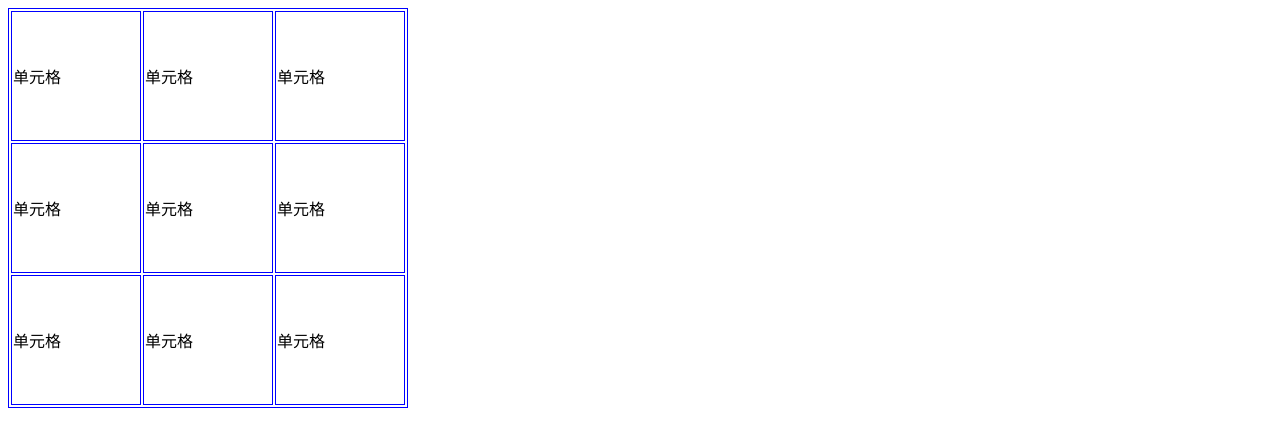
Repository: yuanliumaker/html-css-js
Page: css/表格属性.html
These files come from the project's save history. The page is drawn as it stood at one moment and after the next save; the edit follows.
The browser window is 1280 px wide. The pictures show the whole page.

Above is the page before, as saved 2025-08-31 15:32:57.

### css/表格属性.html
<!DOCTYPE html>
<html lang="en">
<head>
    <meta charset="UTF-8">
    <meta name="viewport" content="width=device-width, initial-scale=1.0">
    <title>Document</title>
    <style>
        table{
            /* 设置表格的宽度 高度 边框的粗细以及颜色 */
            width:400px;
            height:400px;
            border:1px solid blue;
        }
        td{
            border:1px solid blue
        }
    </style>
</head>
<body>
    <table>
        <tr>
            <td>单元格</td>
            <td>单元格</td>
            <td>单元格</td>
        </tr>
        <tr>
            <td>单元格</td>
            <td>单元格</td>
            <td>单元格</td>
        </tr>
        <tr>
            <td>单元格</td>
            <td>单元格</td>
            <td>单元格</td>
        </tr>
    </table>
</body>
</html>

After the next save:
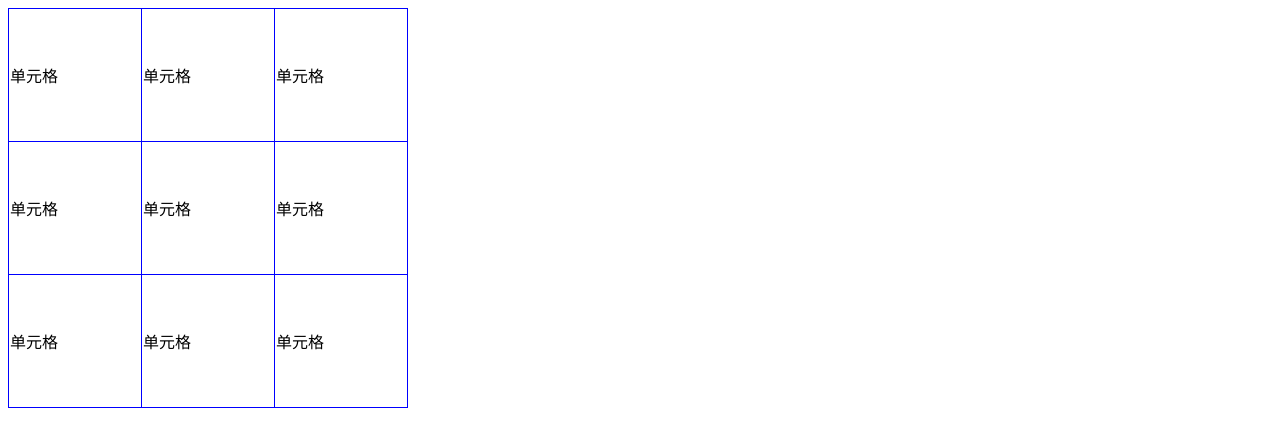
Saved 75 s later.
--- a/css/表格属性.html
+++ b/css/表格属性.html
@@ -12,7 +12,12 @@
             border:1px solid blue;
         }
         td{
+            /* 设置每个单元格的边框 */
             border:1px solid blue
+        }
+        /* 折叠边框 */
+        table{
+            border-collapse: collapse;
         }
     </style>
 </head>
